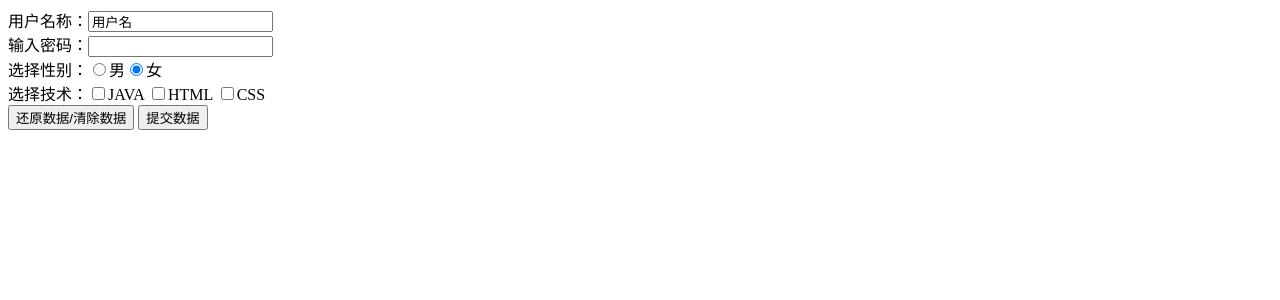
Repository: tangchengjingwen/javaLearningCode
Page: javaLearningCode/day29_html/form.html
An editor plug-in stored every save of this project. The page is shown before and after the next save, followed by the edit.
The browser window is 1280 px wide. The pictures show the whole page.

Above is the page before, as saved 2012-05-13 08:08:38.

After the next save:
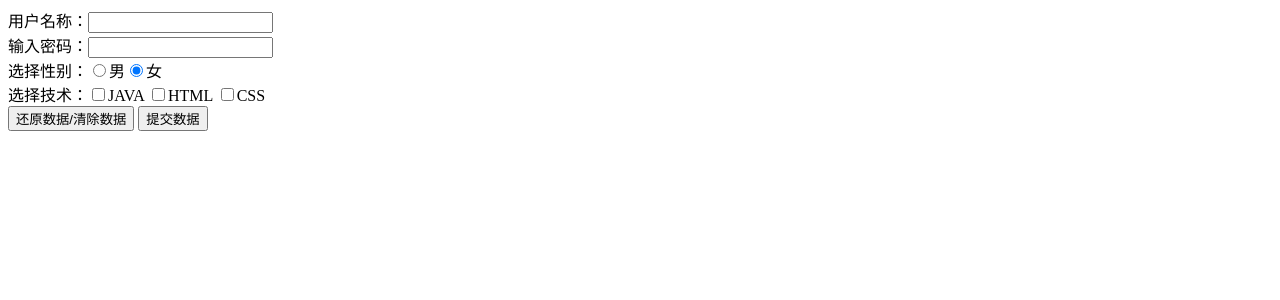
Saved 2 min 30 s later.
--- a/javaLearningCode/day29_html/form.html
+++ b/javaLearningCode/day29_html/form.html
@@ -11,7 +11,7 @@
 		-->
 
 		<form>
-			用户名称：<input type="text" value="用户名" /><br/>
+			用户名称：<input type="text" name="user" /><br/>
 			输入密码：<input type="password" /><br/>
 			选择性别：<input type="radio" name="sex" />男<input type="radio" name="sex" checked="checked"/>女<br/>
 			选择技术：<input type="checkbox" />JAVA <input type="checkbox" />HTML <input type="checkbox" />CSS<br/>
